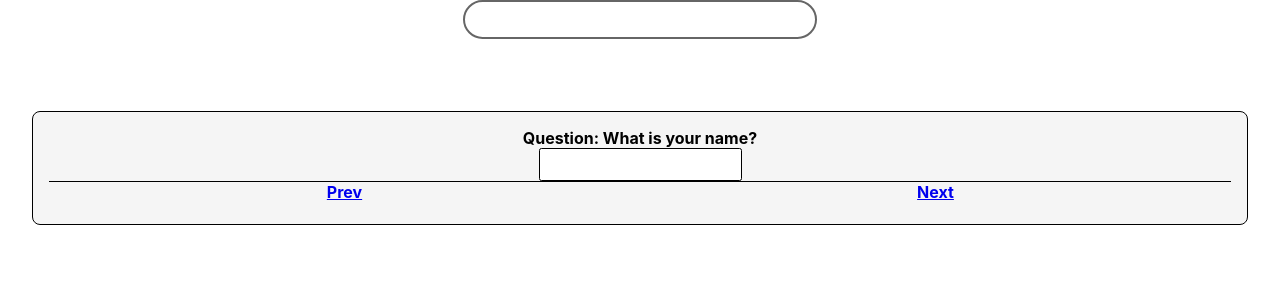
Repository: TheRungtaLibrary/survey
Page: /steps/1
These files come from the project's save history. The page is drawn as it stood at one moment and after the next save; the edit follows.
The browser window is 1280 px wide. The pictures show the whole page.
The project was rebuilt for these pictures with package versions that can differ from the ones it lists, and the page was loaded fresh each time. Also part of the build but not shown: src/App.css, src/components/Steps/Intro/Intro.js, src/components/Steps/Step2/Step2.js, src/components/Steps/Step3/Step3.js, src/components/Steps/Step4/Step4.js, src/components/Steps/Summary/Summary.scss, src/components/Steps/Summary/Summary.js.

Above is the page before, as saved 2020-03-19 17:51:13.

### src/App.js
import React from 'react';
import {
  BrowserRouter as Router,
  Switch,
  Route
} from "react-router-dom";
import "./App.css";
import {SurveyProvider} from "./contexts/SurveyContext";
import Steps from "./components/Steps/Steps";
import { ProgressBarContainer } from "./components/ProgressBarContainer/ProgressBarContainer";
//import NavigationFooter from "./components/NavigationFooter/NavigationFooter";


function App() {
  return (
    <div className="app">
      <Router>
        <Switch>
          <Route path="/">
            <SurveyProvider>
              <ProgressBarContainer />
              <Steps />
            </SurveyProvider>
          </Route>
        </Switch>
      </Router>
    </div>
  );

}

export default App;

### src/contexts/SurveyContext.js
import React from "react";
import { useHistory } from "react-router-dom";
import { useStateWithLocalStorage } from "../utils/useStateWithLocalStorage";
const SurveyContext = React.createContext(null);
export const SurveyConsumer = SurveyContext.Consumer;

export function SurveyProvider({children}) {
    const [info, setInfo] = useStateWithLocalStorage("formData");
    let [currentStep, setCurrentStep] = React.useState(0);

    const setSurveyData = (dataObj)  => {
        setInfo([...info, ...dataObj]);
        setCurrentStep(++currentStep);
    }

    const getSurveyData = () => {
        return localStorage.getItem('formData');
    };

    const decreaseSurveyStep = ()  => {
        setCurrentStep(--currentStep);
    }

    const increaseSurveyStep = () => {
        setCurrentStep(++currentStep);
    };

    const getCurrentStep = () => {
        return currentStep;
    };

    const resetCurrentStep = () => {
        setCurrentStep(0);
        localStorage.removeItem("formData");
    };

    const surveyContextValue = {
        getSurveyData,
        setSurveyData,
        increaseSurveyStep,
        decreaseSurveyStep,
        getCurrentStep,
        currentStep,
        resetCurrentStep
    }

    return (
        <SurveyContext.Provider value={surveyContextValue}>
			{children}
		</SurveyContext.Provider>
    );
}

export default SurveyContext;

### src/components/Steps/Steps.js
import React from 'react';
import {BrowserRouter as Router, Route, Switch} from 'react-router-dom';
import Intro from './Intro/Intro';
import Step1 from './Step1/Step1';
import Step2 from './Step2/Step2';
import Step3 from './Step3/Step3';
import Step4 from './Step4/Step4';
import Summary from './Summary/Summary';

/**
* This is the functional component for Home
* @constructor
*/
function Steps(){

	return (
		<Router>
			<div>
                <Switch>
                    <Route exact path='/' component={Intro} />
                    <Route exact path='/intro' component={Intro} />
                    <Route exact path='/steps/1' component={Step1} />
                    <Route exact path="/steps/2" component={Step2} />
                    <Route exact path="/steps/3" component={Step3} />
                    <Route exact path="/steps/4" component={Step4} />
                    <Route exact path="/steps/5" component={Summary} />
                </Switch>
			</div>
		</Router>
	);
}

export default Steps;

### src/components/ProgressBarContainer/ProgressBarContainer.js
import React, {useState, useEffect} from 'react';
import './ProgressBarContainer.css';
import { SurveyConsumer } from "../../contexts/SurveyContext";

// pass percentRange state through props to Range an ProgressBar components
const Range = (props) => {
    return (
        // render current the filled range of progress bar along its width
        <div className="range" style={{width: `${props.percentRange}%`}}/>
    );
};

const ProgressBar = (props) => {

  const percentRange = props.percentRange * 20 < 80 ? props.percentRange * 20 : 80;

  return (
      <div className="progress-bar">
          {/*render available progress bar’s limit*/}
          <Range percentRange={percentRange}/>
      </div>
  );
};


function EffectedFn() {
    const [loading, setLoading] = useState(true);

    useEffect(() => {
      setTimeout(() => {
        setLoading(false);
      }, 1000 * 10);
    });

    return (
      <div>
        {loading && <span>Loading...</span>}
        {!loading && <span>All Done!</span>}
      </div>
    );
  }

export const ProgressBarContainer = () => {

  return (

    <SurveyConsumer>
    {({currentStep}) =>
      <div className="container">
        <ProgressBar percentRange={currentStep}/>
    </div>
    }
  </SurveyConsumer>


  );
};

### src/utils/useStateWithLocalStorage.js
import React from 'react';

export const useStateWithLocalStorage = localStorageKey => {
  const [value, setValue] = React.useState(
    () => JSON.parse(window.localStorage.getItem(localStorageKey)) || ""
  );

  React.useEffect(() => {
    window.localStorage.setItem(localStorageKey, JSON.stringify(value));
  }, [localStorageKey, value]);

  return [value, setValue];
};

### src/components/Steps/Step1/Step1.js
import React from 'react';
import {Link} from 'react-router-dom';
import './Step1.scss'
import SurveyContext from '../../../contexts/SurveyContext';

/**
 * Calculator component
 */
const Step1 = () => {
  const [name, setName] = React.useState("");
  const surveyContext = React.useContext(SurveyContext);

  /**
   * Handler for submit event for calculator form
   * @param {Event} event
   */
  const onSubmit = () => {
    /**
     * Pass Url to aync data loader in context provider
     */
    surveyContext.setSurveyData([{'name':name}])
  }

  const onPrev = () => {
    surveyContext.decreaseSurveyStep();
  }

    return (
      <form onSubmit={onSubmit} className="input-container panel">
        <label>Question: What is your name?</label>
        <input type="text" onChange={e => {setName(e.target.value)}} required/>
        <div className="nav-footer">
          <div>
          <Link to="/steps/0" onClick={onPrev}>Prev</Link>
          </div>
          <div>
            <Link to="/steps/2" onClick={onSubmit}>Next</Link>
          </div>
        </div>
      </form>
    );
}

export default Step1;

### src/components/ProgressBarContainer/ProgressBarContainer.css


.container {
    display: flex;
    justify-content: center;
    align-items: center;
    flex-direction: column;
    width: 100%;
    height: auto;
}

.progress-bar {
    width: 350px;
    height: 35px;
    border-radius: 50px;
    border: 2px solid #666;
    margin-bottom: 40px;
}

.range {
    background: limegreen;
    height: 100%;
    border-radius: inherit;
    transition: width .3s ease-in;
}

.toggle-buttons button {
    margin: 0 10px;
    padding: 7px 20px;
    border-radius: 5px;
    outline: 0;
    cursor: pointer;
}

.toggle-buttons button:hover {
    color: white;
    background: #666;
}

### src/components/Steps/Intro/Intro.scss
.calculator-widget{
    display: flex;
    flex-direction: row nowrap;
}

.panel {
    background-color: hsl(0, 0%, 95%);
    border-radius: .5rem;
    height: 5rem;
    border: solid 1px black;
    padding: 2rem;
    margin: 2rem;
    background: #f5f5f5;
    font-weight: bold;
    align-items: center;
  }

.input-container{
    flex-grow:1;
    padding: 1rem;
    text-align: center;
}

.input-container input{
    padding: .5rem .75rem;
    border: solid 1px black;
    border-radius: .15rem;
    text-align: center;
}

@media screen and (max-width: 580px) and (min-width: 375px) {
    .calculator-widget {
     display: flex;
     flex-flow: column nowrap;
     justify-content: space-around;
     align-items: center;
  }

  .panel{
    height: 10rem;
  }
}

### src/components/Steps/Step1/Step1.scss
.panel {
    background-color: hsl(0, 0%, 95%);
    border-radius: .5rem;
    height: 5rem;
    border: solid 1px black;
    padding: 2rem;
    margin: 2rem;
    background: #f5f5f5;
    font-weight: bold;
    align-items: center;
  }

.input-container{
  display: flex;
  flex-direction: column;
  text-align: center;
}

.input-container input{
    padding: .5rem .75rem;
    border: solid 1px black;
    border-radius: .15rem;
    text-align: center;
}

.nav-footer {
  width: 100%;
  display: flex;
  border-top: solid 1px black;
  div {
    width: 50%;
  }
}

@media screen and (max-width: 580px) and (min-width: 375px) {
    .calculator-widget {
     display: flex;
     flex-flow: column nowrap;
     justify-content: space-around;
     align-items: center;
  }

  .panel{
    height: 10rem;
  }
}

### src/components/Steps/Step2/Step2.scss
.calculator-widget{
    display: flex;
    flex-direction: row nowrap;
}

.panel {
    background-color: hsl(0, 0%, 95%);
    border-radius: .5rem;
    height: 5rem;
    border: solid 1px black;
    padding: 2rem;
    margin: 2rem;
    background: #f5f5f5;
    font-weight: bold;
    align-items: center;
  }

.input-container{
    flex-grow:1;
    padding: 1rem;
    text-align: center;
}

.input-container input{
    padding: .5rem .75rem;
    border: solid 1px black;
    border-radius: .15rem;
    text-align: center;
}

@media screen and (max-width: 580px) and (min-width: 375px) {
    .calculator-widget {
     display: flex;
     flex-flow: column nowrap;
     justify-content: space-around;
     align-items: center;
  }

  .panel{
    height: 10rem;
  }
}

### src/components/Steps/Step3/Step3.scss
.calculator-widget{
    display: flex;
    flex-direction: row nowrap;
}

.panel {
    background-color: hsl(0, 0%, 95%);
    border-radius: .5rem;
    height: 5rem;
    border: solid 1px black;
    padding: 2rem;
    margin: 2rem;
    background: #f5f5f5;
    font-weight: bold;
    align-items: center;
  }

.input-container{
    flex-grow:1;
    padding: 1rem;
    text-align: center;
}

.input-container input{
    padding: .5rem .75rem;
    border: solid 1px black;
    border-radius: .15rem;
    text-align: center;
}

@media screen and (max-width: 580px) and (min-width: 375px) {
    .calculator-widget {
     display: flex;
     flex-flow: column nowrap;
     justify-content: space-around;
     align-items: center;
  }

  .panel{
    height: 10rem;
  }
}

### src/components/Steps/Step4/Step4.scss
.calculator-widget{
    display: flex;
    flex-direction: row nowrap;
}

.panel {
    background-color: hsl(0, 0%, 95%);
    border-radius: .5rem;
    height: 5rem;
    border: solid 1px black;
    padding: 2rem;
    margin: 2rem;
    background: #f5f5f5;
    font-weight: bold;
    align-items: center;
  }

.input-container{
    flex-grow:1;
    padding: 1rem;
    text-align: center;
}

.input-container input{
    padding: .5rem .75rem;
    border: solid 1px black;
    border-radius: .15rem;
    text-align: center;
}

@media screen and (max-width: 580px) and (min-width: 375px) {
    .calculator-widget {
     display: flex;
     flex-flow: column nowrap;
     justify-content: space-around;
     align-items: center;
  }

  .panel{
    height: 10rem;
  }
}

Loaded but not shown: public/index.html (common file); src/index.js (common file); src/index.css (common file); src/serviceWorker.js (common file)

After the next save:
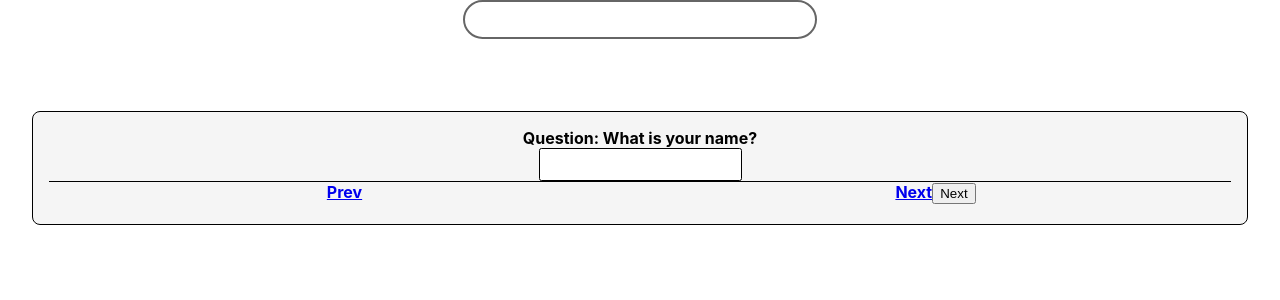
Saved 12 min 32 s later.
--- a/src/components/Steps/Step1/Step1.js
+++ b/src/components/Steps/Step1/Step1.js
@@ -35,6 +35,7 @@ const Step1 = () => {
           </div>
           <div>
             <Link to="/steps/2" onClick={onSubmit}>Next</Link>
+            <button to="/steps/2" onClick={onSubmit}>Next</button>
           </div>
         </div>
       </form>
